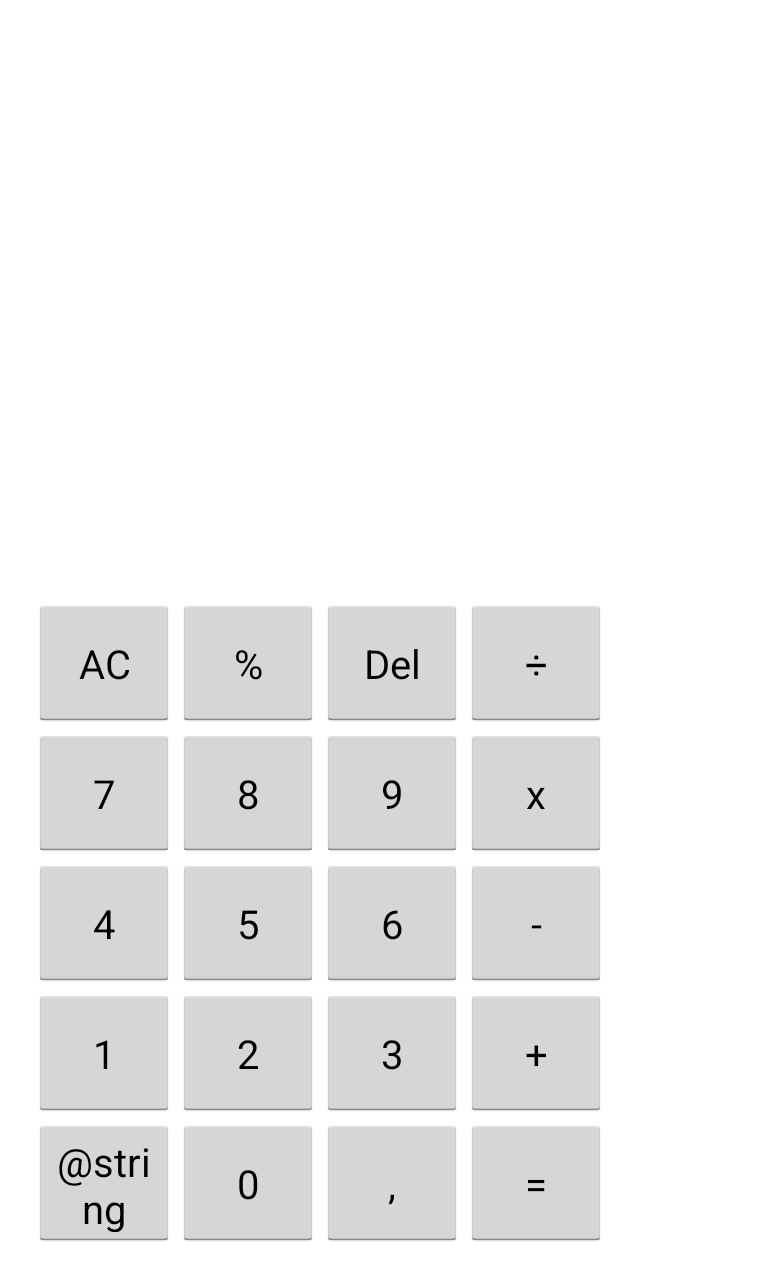
Repository: kisahtegar/mp_java_si6
Layout: MyCalculator/res/layout/activity_main.xml
These files come from the project's save history. The layout is drawn as it stood at one moment and after the next save; the edit follows.
It is drawn on a 768 x 1280 px phone screen (xhdpi) without system bars, with theme AppTheme; the app's code is not run.

Above is the layout before, as saved 2024-05-14 10:33:40.

After the next save:
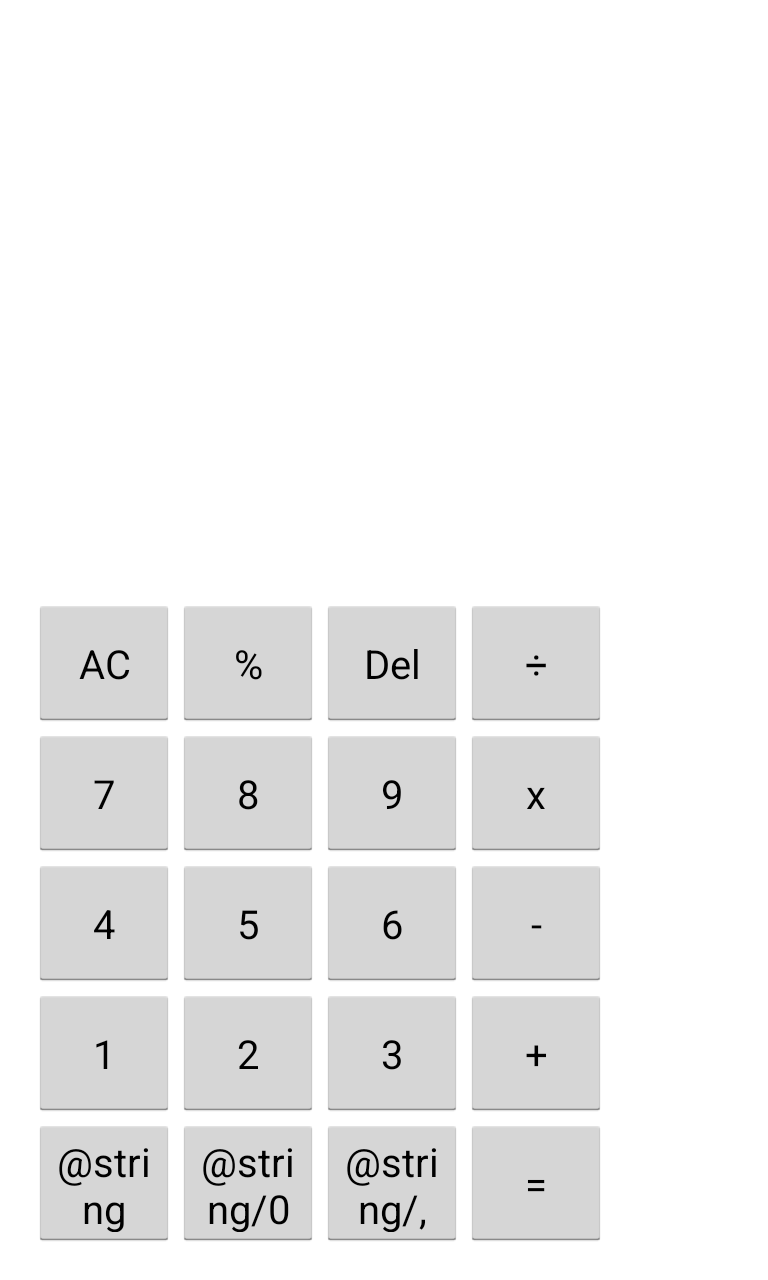
Saved 23 s later.
--- a/MyCalculator/res/layout/activity_main.xml
+++ b/MyCalculator/res/layout/activity_main.xml
@@ -26,7 +26,7 @@
         android:layout_height="65dp"
         android:layout_alignParentBottom="true"
         android:layout_toRightOf="@+id/btnDoubleZero"
-        android:text="0"
+        android:text="@string/0"
         android:textSize="20sp" />
 
     <Button
@@ -36,7 +36,7 @@
         android:layout_height="65dp"
         android:layout_alignParentBottom="true"
         android:layout_toRightOf="@+id/btnZero"
-        android:text=","
+        android:text="@string/,"
         android:textSize="20sp" />
 
     <Button
